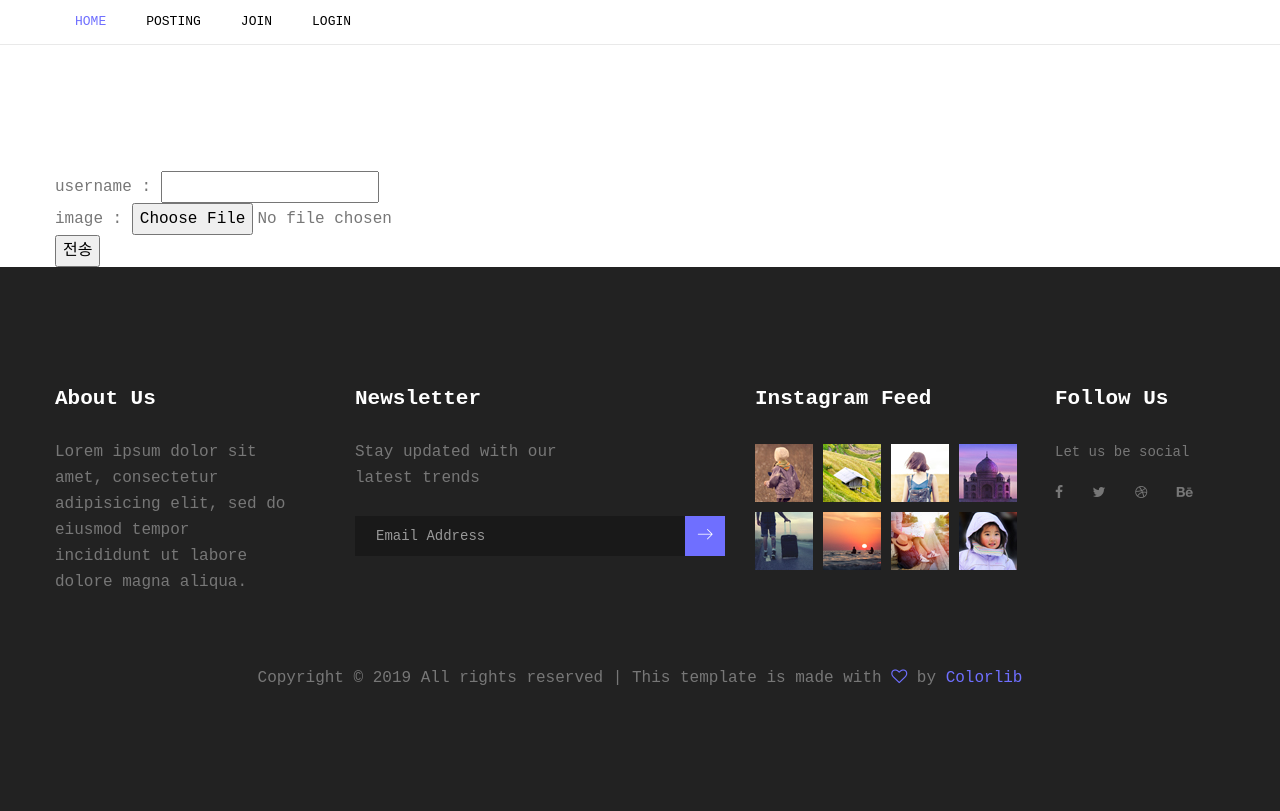
Repository: cwj2306/blog_project_2
Page: http://localhost/blog/user/userProfileForm.jsp
The author's editor kept a copy of each file at every save. The page is drawn from the files as they stood at one save, then again after the next save.
The browser window is 1280 px wide. The pictures show the whole page.
Some web fonts or font styles are not loaded; a fallback is used. The page is served by Tomcat 9.

Above is the page before, as saved 2019-11-12 03:14:38.

After the next save:
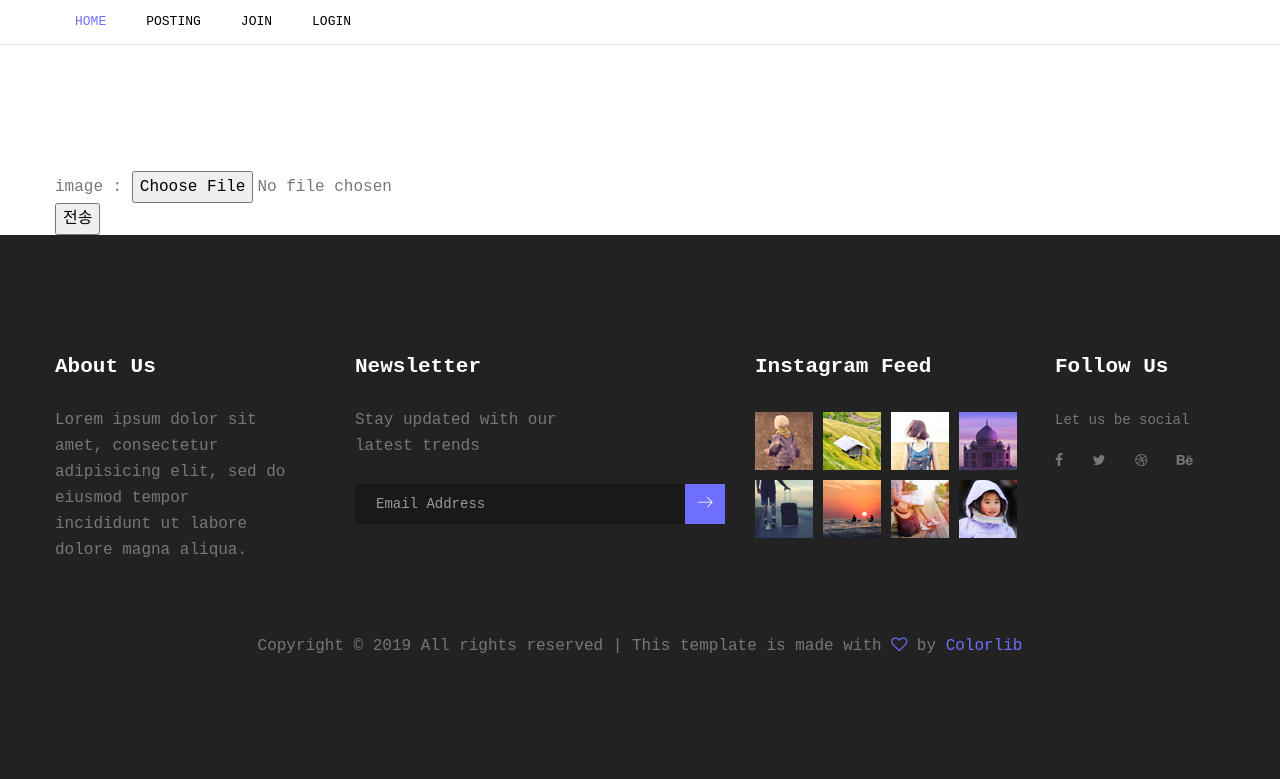
Saved 37 s later.
--- a/blog/WebContent/user/userProfileForm.jsp
+++ b/blog/WebContent/user/userProfileForm.jsp
@@ -56,7 +56,7 @@
 
 				<!-- enctype는 mime타입에서 찾아봐서 써주자 -->
 				<form action="uploadAction.jsp" method="POST" enctype="multipart/form-data">
-					username : <input type="text" name="username" /><br /> image : <input id="img__input" type="file" name="userProfile" /><br /> <input type="submit" value="전송" />
+					image : <input id="img__input" type="file" name="userProfile" /><br /> <input type="submit" value="전송" />
 				</form>
 
 				<script src="/blog/js/jquery-3.2.1.min.js"></script>
